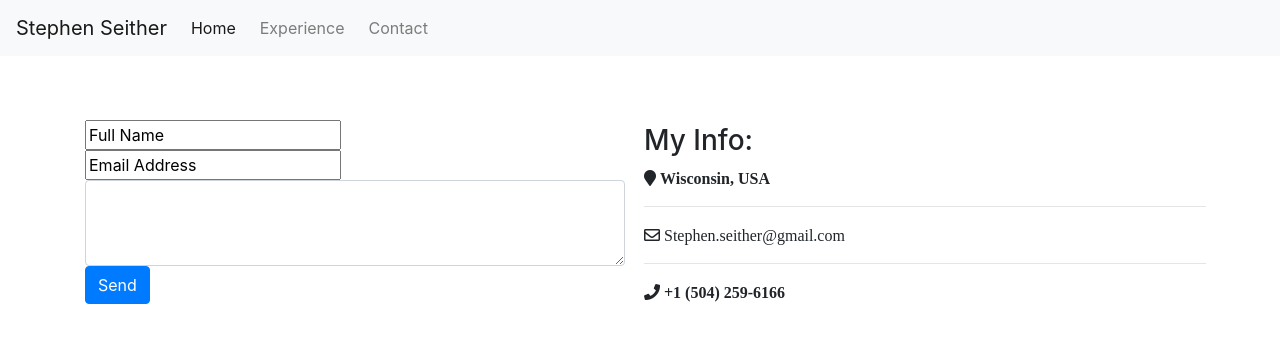
Repository: stephenseither/First-Milestone-Project
Page: contact.html
The author's editor kept a record of every edit. The page is drawn from the files as they stood at one moment, then again after the next edit.
The browser window is 1280 px wide. The pictures show the whole page.
Some web libraries are served in a nearby version.

Above is the page before.

After the next edit:
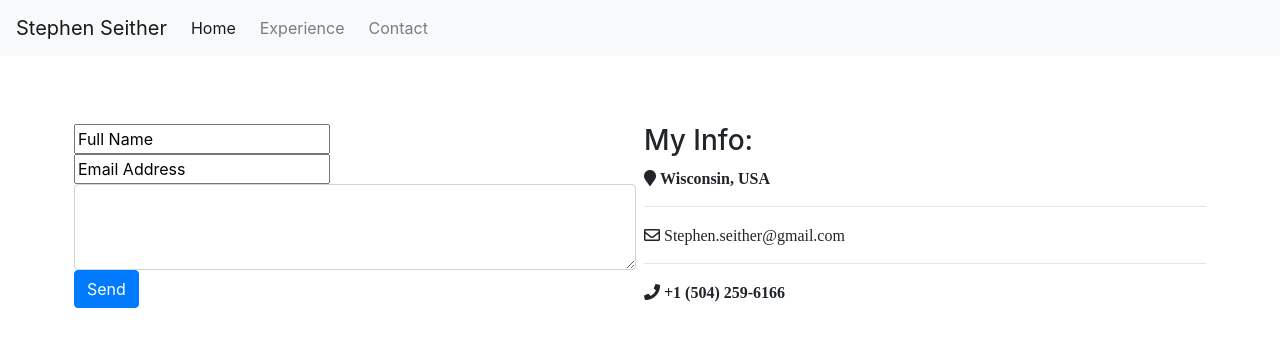
The edit:
--- a/contact.html
+++ b/contact.html
@@ -21,7 +21,7 @@
     </nav>
     <div class="container mt-3">
         <div class="row">
-            <div class="col-sm-6 col-md-6 my-5">
+            <div class="col-sm-6 col-md-6 my-5 p-1">
                 <form>
                     <input type="text" name="fullname" value="Full Name">
                     <br>
